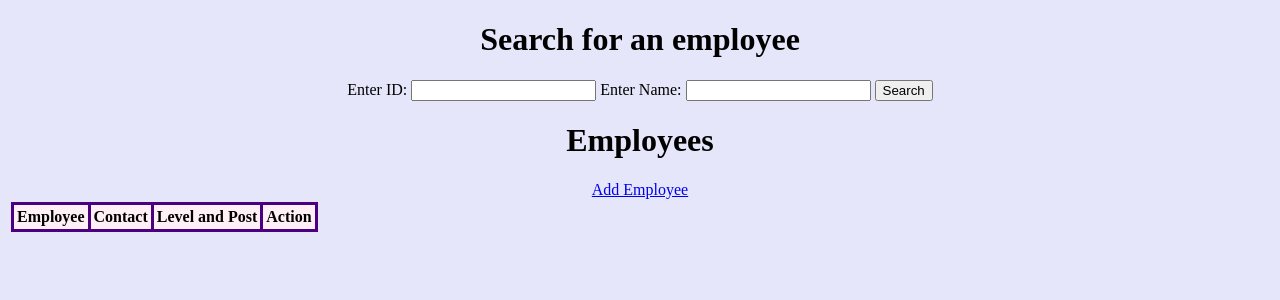
Repository: P9-Analyst-Java/employee-management-abhishekdatta12
Page: http://localhost/spring-expense-tracker/WEB-INF/views/home.jsp
An editor plug-in stored every save of this project. The page is shown before and after the next save, followed by the edit.
The browser window is 1280 px wide. The pictures show the whole page.
The page is served by Tomcat 9. Nobody is signed in. Other server files are loaded and not shown. The template is opened directly, without the code that normally fills it, so the values that code supplies are empty.

Above is the page before, as saved 2023-02-21 05:17:27.

### spring-portal/spring-expense-tracker/src/main/webapp/WEB-INF/views/home.jsp
<%@ page language="java" isELIgnored="false" contentType="text/html; charset=ISO-8859-1"
    pageEncoding="UTF-8"%>
<%@ taglib prefix="c" uri="http://java.sun.com/jsp/jstl/core"%>
<%@ taglib prefix="form" uri="http://www.springframework.org/tags/form" %>
<c:set var="contextRoot" value="${pageContext.request.contextPath}"/>
<!DOCTYPE html>
<html>
<head>
<style type="text/css">
body{
	text-align: center;
	background-color: lavender;
}
div{
	text-align: center;
	align-items: center;
	align-content: center;
}
table, th, td{
	background-color: lavenderblush;
	text-align: center;
	border: 3px solid indigo;
	border-collapse: collapse;
	padding: 3px;
	margin: 3px;
	align-items: center;
}
</style>
<meta charset="ISO-8859-1">
<title>Home</title>
</head>
<body>
	<h1>Search for an employee</h1>

	<form action="${contextRoot}/search" method="post">
	Enter ID: <input  name="id"/>
	Enter Name: <input name="name"/>
	<button type="submit">Search</button>
	</form>

	<h1>Employees</h1>
	<div>
	<a href="${contextRoot}/employee">Add Employee</a>
	<table>
	<tr>
	<th>Employee</th>
	<th>Contact</th>
	<th>Level and Post</th>
	<th>Action</th>
	<!-- <th>Last Name</th>
	<th>Gender</th>
	<th>Date Of Birth</th>
	<th>PAN Card Number</th>
	<th>Aadhaar Number</th>
	<th>Mobile Number</th>
	<th>Email ID</th>
	<th>Office Mail</th>
	<th>Permanent Address</th>
	<th>Present Address</th>
	<th>Blood Group</th>
	<th>Profile Picture</th>
	<th>Date of Joining</th>
	<th>Employee Level</th>
	<th>Post Name</th>
	<th>Basic Pay</th>
	<th>House Allowance</th>
	<th>Edit</th>
	<th>Delete</th>-->
	</tr>
	<c:forEach var="employee" items="${employees}">
		<tr>
			<td>${employee.firstName}&nbsp;${employee.lastName}<br/>#${employee.id}</td>

			<td>${employee.mobileNum}<br/>${employee.emailId}</td>

			<td>${employee.empLevel}/<br/>${employee.postName}</td>

			<td><a href="">Employments</a>/<a href="${contextRoot}/employee/${employee.id}">Edit</a>/<a href="${contextRoot}/${employee.id}">Delete</a></td>
			<!-- <td>${employee.id}</td>
			<td>${employee.firstName}</td>
			<td>${employee.lastName}</td>
			<td>${employee.gender}</td>
			<td>${employee.dob}</td>
			<td>${employee.panNum}</td>
			<td>${employee.aadhaarNum}</td>
			<td>${employee.mobileNum}</td>
			<td>${employee.emailId}</td>
			<td>${employee.officeMail}</td>
			<td>${employee.permanentAddress}</td>
			<td>${employee.presentAddress}</td>
			<td>${employee.bloodGroup}</td>
			<td>${employee.profilePict}</td>
			<td>${employee.doj}</td>
			<td>${employee.empLevel}</td>
			<td>${employee.postName}</td>
			<td>${employee.basicPay}</td>
			<td>${employee.houseAllowance}</td>
			<td><a href="${contextRoot}/employee/${employee.id}">Edit</a></td>
			<td><a href="${contextRoot}/${employee.id}">Delete</a></td>-->
		</tr>
	</c:forEach>
	</table>
	</div>
</body>
</html>

After the next save:
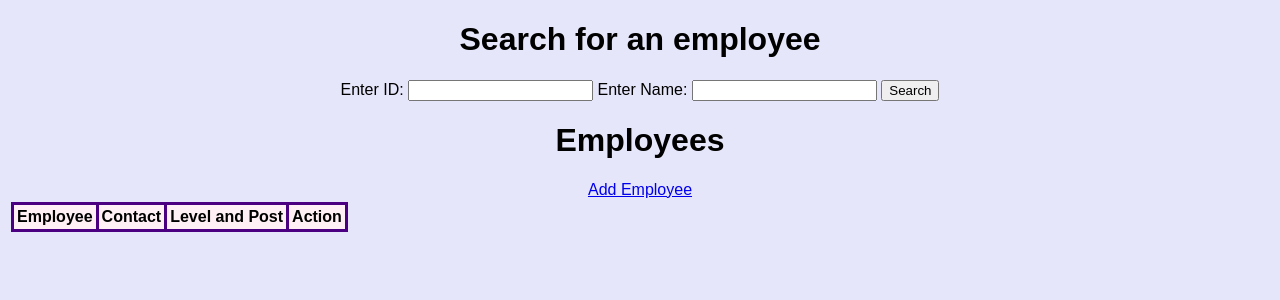
Saved 38 s later.
--- a/spring-portal/spring-expense-tracker/src/main/webapp/WEB-INF/views/home.jsp
+++ b/spring-portal/spring-expense-tracker/src/main/webapp/WEB-INF/views/home.jsp
@@ -8,6 +8,7 @@
 <head>
 <style type="text/css">
 body{
+	font-family: sans-serif;
 	text-align: center;
 	background-color: lavender;
 }
